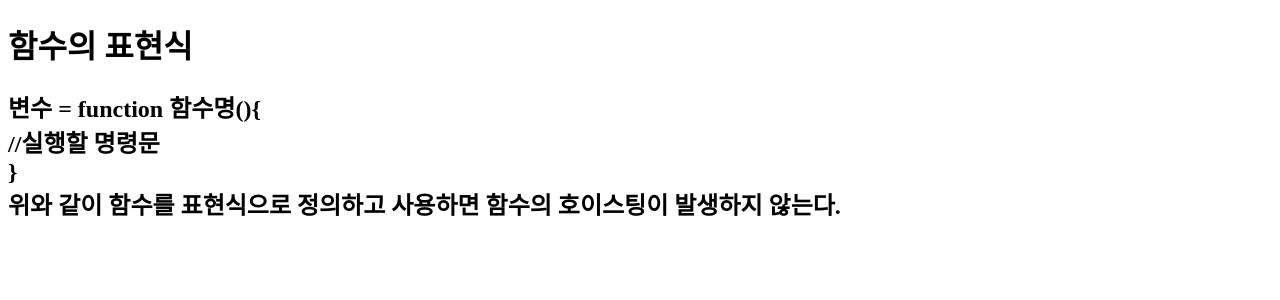
Repository: insunkang/JSP
Page: clientweb/WebContent/js_dom/js_function_expression_test.html
The author's editor kept a copy of each file at every save. The page is drawn from the files as they stood at one save, then again after the next save.
The browser window is 1280 px wide. The pictures show the whole page.

Above is the page before, as saved 2020-01-09 07:35:30.
Console error: ReferenceError: myfunc is not defined

After the next save:
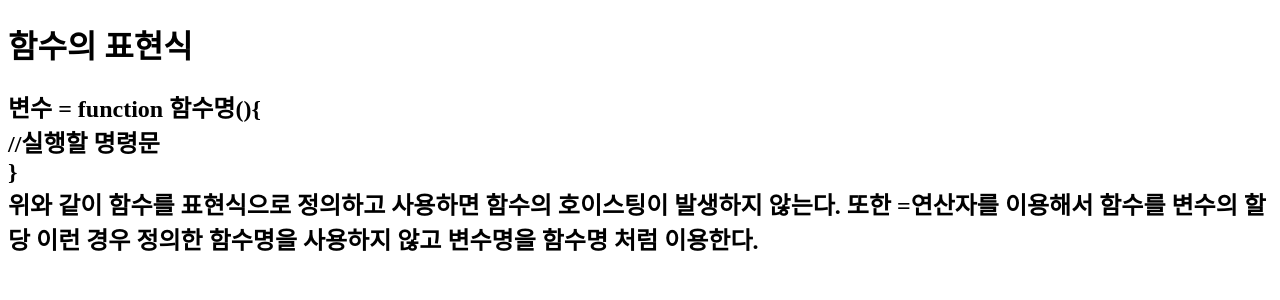
Saved 32 s later.
--- a/clientweb/WebContent/js_dom/js_function_expression_test.html
+++ b/clientweb/WebContent/js_dom/js_function_expression_test.html
@@ -12,6 +12,8 @@
 		}<br/>
 
 		위와 같이 함수를 표현식으로 정의하고 사용하면 함수의 호이스팅이 발생하지 않는다.
+		또한 =연산자를 이용해서 함수를 변수의 할당
+		이런 경우 정의한 함수명을 사용하지 않고 변수명을 함수명 처럼 이용한다.
 	</h2>
 	<script type="text/javascript">
 		myfunc(90);
